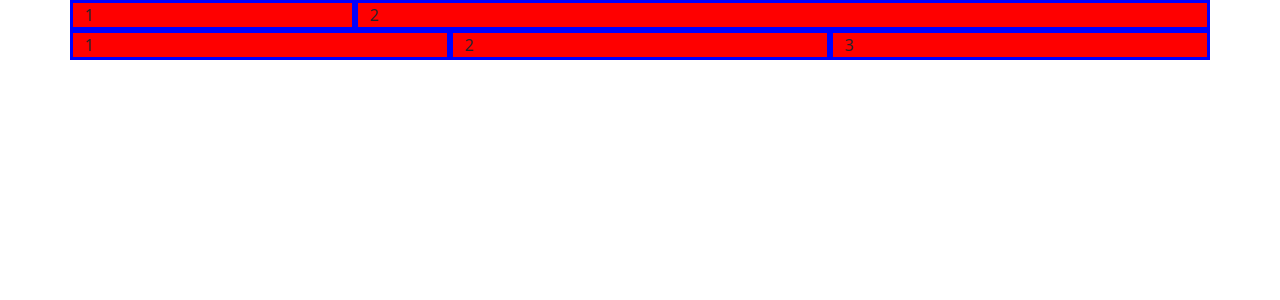
Repository: alexvl06/alexvl06.github.io
Page: index.html
An editor plug-in stored every save of this project. The page is shown before and after the next save, followed by the edit.
The browser window is 1280 px wide. The pictures show the whole page.

Above is the page before, as saved 2022-07-11 08:03:45.

### index.html
<!DOCTYPE html>
<html lang="en">
  <head>
    <meta charset="utf-8" />
    <meta name="viewport" content="width=device-width, initial-scale=1" />
    <title>Bootstrap demo</title>
    <link
      href="https://cdn.jsdelivr.net/npm/bootstrap@5.2.0-beta1/dist/css/bootstrap.min.css"
      rel="stylesheet"
      integrity="sha384-0evHe/X+R7YkIZDRvuzKMRqM+OrBnVFBL6DOitfPri4tjfHxaWutUpFmBp4vmVor"
      crossorigin="anonymous"
    />
  </head>
  <body>
    <div class="container" style="background: red ;">
      <div class="row">
        <div class="col-12 col-lg-3" style="border:solid blue;">1</div>
        <div class="col-12 col-lg-9" style="border:solid blue;">2</div>
      </div>
      <div class="row">
        <div class="col" style="border:solid blue;">1</div>
        <div class="col" style="border:solid blue;">2</div>
        <div class="col" style="border:solid blue;">3</div>
      </div>
    </div>
    <script
      src="https://cdn.jsdelivr.net/npm/bootstrap@5.2.0-beta1/dist/js/bootstrap.bundle.min.js"
      integrity="sha384-pprn3073KE6tl6bjs2QrFaJGz5/SUsLqktiwsUTF55Jfv3qYSDhgCecCxMW52nD2"
      crossorigin="anonymous"
    ></script>
  </body>
</html>

After the next save:
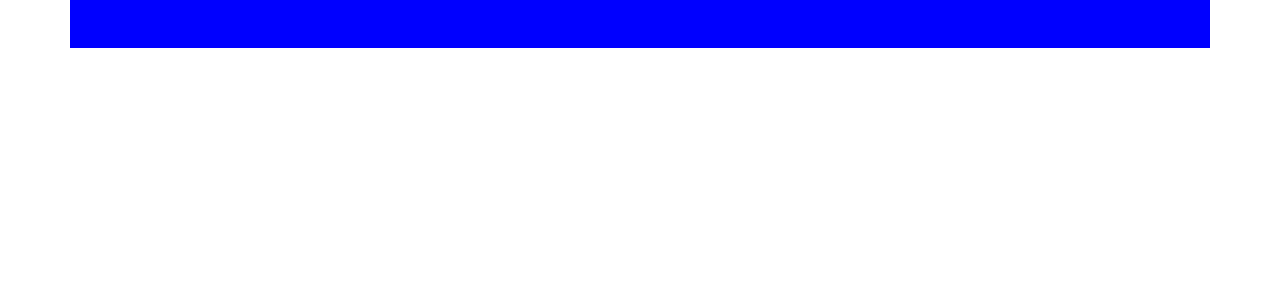
Saved 12 min 43 s later.
--- a/index.html
+++ b/index.html
@@ -13,15 +13,36 @@
   </head>
   <body>
     <div class="container" style="background: red ;">
+
       <div class="row">
-        <div class="col-12 col-lg-3" style="border:solid blue;">1</div>
-        <div class="col-12 col-lg-9" style="border:solid blue;">2</div>
+        <div class="col" style="border:solid blue;"></div>
+        <div class="col" style="border:solid blue;"></div>
+        <div class="col" style="border:solid blue;"></div>
       </div>
       <div class="row">
-        <div class="col" style="border:solid blue;">1</div>
-        <div class="col" style="border:solid blue;">2</div>
-        <div class="col" style="border:solid blue;">3</div>
+        <div class="col-12 col-lg-3" style="border:solid blue;"></div>
+        <div class="col-12 col-lg-9" style="border:solid blue;"></div>
+        <div class="col-12 col-lg-3" style="border:solid blue;"></div>
+        <div class="col-12 col-lg-9" style="border:solid blue;"></div>
+        <div class="col-12 col-lg-3" style="border:solid blue;"></div>
+        <div class="col-12 col-lg-9" style="border:solid blue;"></div>
+        <div class="col-12 col-lg-3" style="border:solid blue;"></div>
+        <div class="col-12 col-lg-9" style="border:solid blue;"></div>
+        <div class="col-12 col-lg-3" style="border:solid blue;"></div>
+        <div class="col-12 col-lg-9" style="border:solid blue;"></div>
       </div>
+      <div class="row">
+        <div class="col" style="border:solid blue;"></div>
+        <div class="col" style="border:solid blue;"></div>
+      </div>
+      <div class="row">
+        <div class="col" style="border:solid blue;"></div>
+        <div class="col" style="border:solid blue;"></div>
+        <div class="col" style="border:solid blue;"></div>
+        <div class="col" style="border:solid blue;"></div>
+        <div class="col" style="border:solid blue;"></div>
+      </div>
+      <div class="row"></div>
     </div>
     <script
       src="https://cdn.jsdelivr.net/npm/bootstrap@5.2.0-beta1/dist/js/bootstrap.bundle.min.js"
